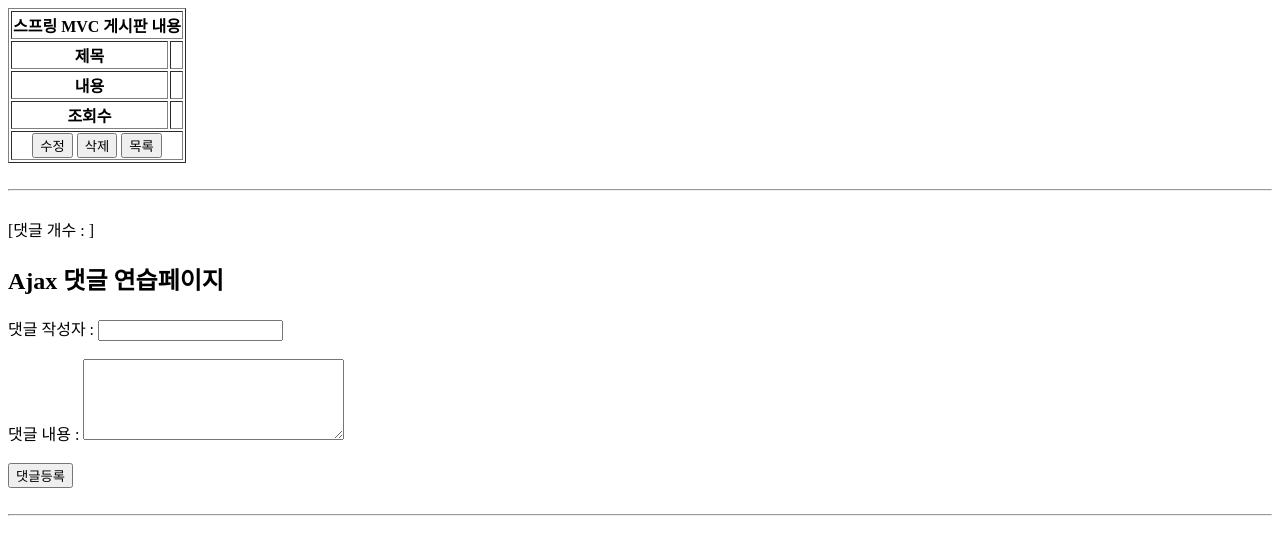
Repository: HyeokCheolHong/SpringBoot
Page: http://localhost/Spring_Mvc/WEB-INF/views/board/board_cont2.jsp
These files come from the project's save history. The page is drawn as it stood at one moment and after the next save; the edit follows.
The browser window is 1280 px wide. The pictures show the whole page.
The page is served by Tomcat 10. Nobody is signed in. Other server files are loaded and not shown. The template is opened directly, without the code that normally fills it, so the values that code supplies are empty.

Above is the page before, as saved 2024-12-04 06:32:48.
Console error: SyntaxError: Unexpected token ';'

### Spring_Mvc/src/main/webapp/WEB-INF/views/board/board_cont2.jsp
<!-- 2024-12-03 댓글이 포함된 게시판 -->
<%@ page contentType="text/html; charset=UTF-8"%>


<!DOCTYPE html>
<html>
	<head>
		<meta charset="UTF-8">
		<title>스프링 MVC 게시판 내용보기</title>
		<script src="http://code.jquery.com/jquery-latest.min.js"></script>
		<script type="text/javascript">
			$(document).ready(function() {
				let formObj = $("form[role='form']");

				// 수정폼으로 매핑이동 ($표시는 전부 jQuery)
				$('.btn-edit').on("click", function() {
					formObj.attr("action", "/board/board_edit");
					// form action 속성 부여하기
					formObj.attr("method", "get");
					// 속성을 지정

					formObj.submit();
					// 히든 번호값 제출
				});


				// 삭제 매핑으로 이동
				$('.btn-del').on('click', function() {
					formObj.attr("action", "/board/board_del");
					// 액션 속성에 매핑주소 설정

					formObj.submit();
					// 별도의 메서드 방식을 지정하지 않아 폼태그에서 지정된 post방식으로 전송된다.
				});
			});
		</script>

		<!-- 팝업창이 사용자화면 정가운데 위치하게 position:fixed 진행 -->
		<style type="text/css">
    	#modDiv { /* 댓글 수정폼 */
        width: 300px;
        height: 100px;
        background-color: gray;
        position: fixed; /* fixed로 설정하면 뷰포트 기준으로 위치가 고정됨 */
        top: 50%;
        left: 50%;
        transform: translate(-50%, -50%); /* 요소의 중심을 기준으로 이동 */
        padding: 10px;
        z-index: 1000; /* 요소 겹침 순서 제어 */
    	}
		</style>


		<!-- 댓글삭제 팝업창 위치가 최상단 50%에만 위치하므로 불편함 사용자 화면 50%에 위치가 고정되도록 하기위한 주석처리
		<style type="text/css">
			#modDiv{ /* 댓글 수정폼 */
		  	width:300px;
		  	height:100px;
		  	background-color:gray;
		  	position: absolute;
		  	top:50%;
		  	left:50%;
		  	margin-top:-50px;
		  	margin-left:-150px;
		  	padding:10px;
		  	z-index:1000; /* position이 absolute나 fixed로 설정된 곳에서 사용한다. 이 속성은 요소가 겹쳐지는 순서를 제어할 수 있다. 값이 큰것이 먼저 나온다. */
		}
		 -->

	</head>
	<body>
		<form method="post" role="form">
			<input type="hidden" name="bno" value="${bc.bno}" />
			<%-- hidden은 사용자 뷰 화면에는 보이지 않지만 bno 파라미터 이름에 value속성 값인 게시판 번호를 담아서 post로 전달한다. --%>
			<%-- hidden은 Page Source 에서는 보여지므로 보안산 중요한 Data는 hidden으로 보내면 안된다. --%>

			<input type="hidden" name="page" value="${page}"/>
			<%-- 페이징에서 책갈피 기능 구현 때문에 쪽번호 생성--%>
		</form>
		<table border="1">
			<tr>
				<th colspan="2">스프링 MVC 게시판 내용</th>
			</tr>
			<tr>
				<th>제목</th>
				<td>${bc.title}</td>
			</tr>
			<tr>
				<th>내용</th>
				<td>${bcont}</td>
				<!-- bc.cont는 줄바꿈이 되어있지 않기때문에 bcont를 가져옴 -->
			</tr>
			<tr>
				<th>조회수</th>
				<td>${bc.viewcnt}</td>
			</tr>
			<tr>
				<th colspan="2">
					<button type="submit" class="btn-edit">수정</button>
					<button type="submit" class="btn-del">삭제</button>
					<button type="button" onclick="location='board_list?page=${page}';">목록</button>
				</th>
			</tr>
		</table>

		<br/>
		<hr/>
		<br/>

		<%-- 댓글 수정 화면 --%>
		<div id="modDiv" style="display:none;"> <%-- display:none; css는 해당 요소 안보이게 한다. --%>
			<div class="modal-title"></div> <%-- 댓글 번호 --%>
			<div>
				<textarea rows="3" cols="30" id="replytext"></textarea>
			</div>
			<div>
				<button type="button" id="replyModBtn">댓글수정</button>
				<button type="button" id="replyDelBtn">댓글삭제</button>
				<button type="button" id="closeBtn" onClick="modDivClose();">취소</button>
			</div>
		</div>

		<!-- 2024-12-04 댓글 카운트 관련 추가 코드작업 -->
		[댓글 개수 : ]<span class="reply_color">${bc.replycnt}</span>
		<!-- 2024-12-04 댓글 카운트 관련 추가 코드작업 -->

		<h2>Ajax 댓글 연습페이지</h2>
		<div>
			<div>
				댓글 작성자 : <input type="text" name="replyer" id="newReplyWriter" />
			</div> <br/>
			<div>
				댓글 내용 : <textarea rows="5" cols="30" name="replytext" id="newReplyText"></textarea>
			</div> <br/>
			<button type="button" id="replyAddBtn">댓글등록</button>
		</div> <br/> <hr/> <br/>

		<%-- 댓글 목록 화면 --%>
		<ul id="replies">

		</ul>
			<script>
				// let bno = 25;	// 게시판 번호
				let bno = ${bc.bno}; // 자바스크립트 코드 내에서 JSP문법인 EL(Expression lnguage:표현언어)을 적용

				getAllList(); // 댓글 목록 함수 호출
				function getAllList() {
					$.getJSON("/replies/all/"+bno, function(data) {
						let str="";
						$(data).each(function(){ // jQuery each()함수로 반복
							str += "<li data-rno='"+this.rno+"' class ='replyLi'>" + this.rno+
							" : <span class='com' style='color:red;font-weight:bold;'>"+this.replytext+"</span>"+"<button>댓글수정</button></li><br/>";
						});
						$('#replies').html(str); //jQuery html()함수로 해당영역에 문자와 태그를 변경적용
					});
				}; // getAllList

				// 댓글추가
				$('#replyAddBtn').on('click',function() {
					let replyer = $('#newReplyWriter').val(); // 댓글 작성자
					let replytext = $('#newReplyText').val(); // 댓글 내용

					$.ajax({ // jQuery 비동기식 Ajax 함수
						type:'post',
						url:'/replies/insertReply', // 댓글 저장 매핑주소
						headers:{
							"Content-Type":"application/json",
							"X-HTTP-Method-Override":"POST"
						},
						dataType:'text',
						data:JSON.stringify({
							bno:bno,
							replyer:replyer,
							replytext:replytext
						}),
						success:function(result){ // 받아오는데 성공시 호출되는 콜백함수
							if(result === 'SUCCESS') {
								alert('댓글이 등록되었습니다.');
								location.reload(); // 새로고침
								getAllList(); // 댓글 목록 함수 호출
							};
						}
					});
				});

				// 댓글 수정화면
				$('#replies').on('click','.replyLi button', function() {
					let reply = $(this).parent(); // parent() 부모요소를 선택 => li태그를 가리킴
					let rno = reply.attr('data-rno'); // data-rno 속성값을 가져옴 => 댓글번호
					let replytext = reply.children('.com').text();
					// li태그 자식요소의 클래스 선택자 .com은 span태그를 가리킴. text()함수로 문자 댓글내용만 가져옴

					$('.modal-title').html(rno); // modal-title 클래스 선택자에 댓글번호를 표시
					$('#replytext').val(replytext); // replytext 아이디선택자 textarea입력박스에 기존댓글내용을 표시
					$('#modDiv').show('slow'); // 댓글 수정화면 보이기
				});

				// 댓글수정 화면 닫기
				function modDivClose(){
				$('#modDiv').hide('slow)');
				};

				// 댓글 수정완료
				$('#replyModBtn').on('click', function(){
					let rno = $('.modal-title').html(); // 댓글번호
					let replytext = $('#replytext').val(); // 수정할 댓글내용

					$.ajax({ // jQuery 비동기식 Ajax 함수
						type: 'put', // 댓글내용 수정시 메서드방식은 put
						url:'/replies/'+rno, // 수정완료 매핑주소
						headers:{
							"Content-type":"application/json",
							"X-HTTP-Method-Override":"PUT"
						},
						data:JSON.stringify({replytext:replytext}), // 수정할 내용 JSON자료
						dataType:"text", // Ajax로 받아오는 자료형
						success:function(result){
							if(result === 'SUCCESS') {
								alert('댓글이 수정되었습니다!');
								$('#modDiv').hide('slow'); // 댓글 수정화면 닫기
								getAllList(); // 댓글 목록함수 호출
							};
						}
					});
				});

				// 댓글 삭제하기
				$('#replyDelBtn').on('click', function(){
					let rno = $('.modal-title').html(); // 댓글번호

					$.ajax({ // jQuery 비동기식 Ajax 함수
						type: 'delete', // 댓글 삭제시 베서드방식은 delete
						url:'/replies/'+rno, // 삭제할 매핑주소
						headers:{
							"Content-type":"application/json",
							"X-HTTP-Method-Override":"DELETE"
						},
						dataType:"text",
						success:function(result){
							if(result === 'SUCCESS') {
								alert('댓글이 삭제되었습니다!');
								$('#modDiv').hide('slow'); // 댓글 삭제화면 닫기
								location.reload(); // 새로고침
								getAllList(); // 댓글 목록함수 호출
							}
						}
					});
				});
			</script>
	</body>
</html>

After the next save:
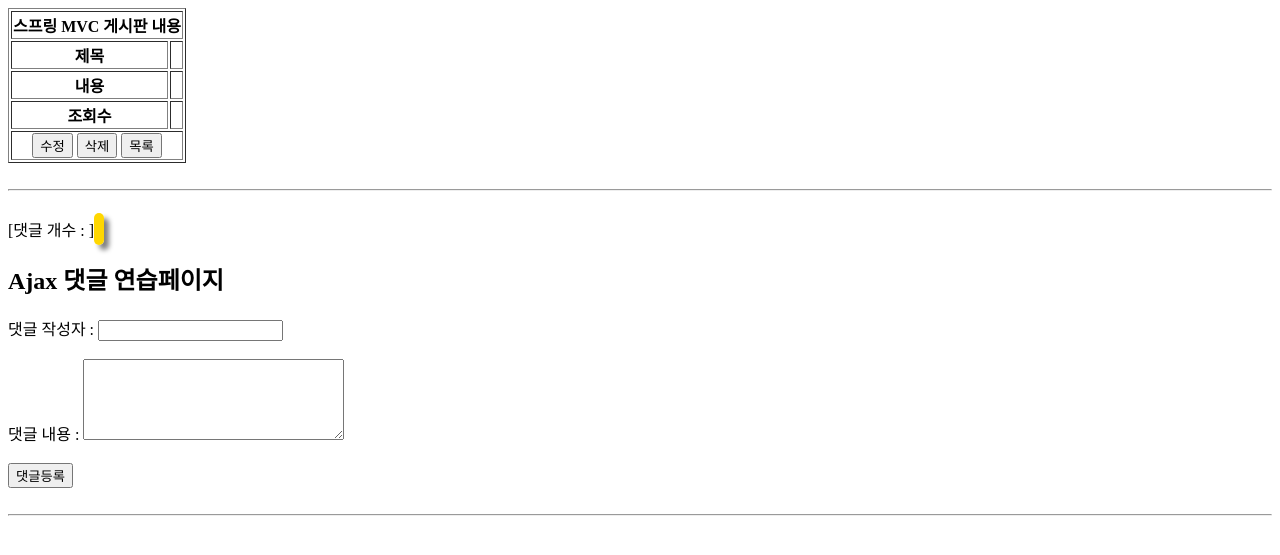
Saved 68 s later.
--- a/Spring_Mvc/src/main/webapp/WEB-INF/views/board/board_cont2.jsp
+++ b/Spring_Mvc/src/main/webapp/WEB-INF/views/board/board_cont2.jsp
@@ -47,6 +47,16 @@
         transform: translate(-50%, -50%); /* 요소의 중심을 기준으로 이동 */
         padding: 10px;
         z-index: 1000; /* 요소 겹침 순서 제어 */
+    	}
+
+    	/* 2024-12-04 댓글 카운트 span css 속성 코드 */
+    	span.reply_color {
+    		color:red;
+    		background:gold;
+    		font-size:20px;
+    		border-radius:10px;
+    		padding:5px;
+    		box-shadow:5px 5px 5px gray;
     	}
 		</style>
 
